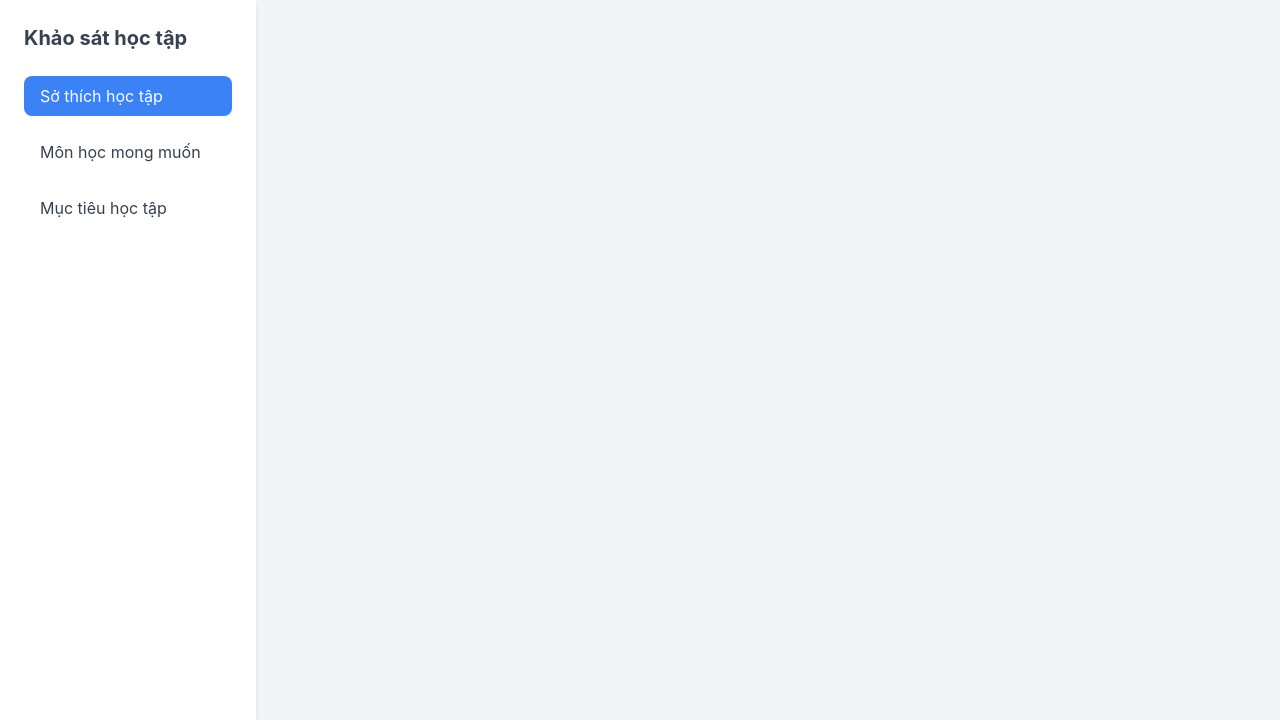
Repository: nguyenbathevien/KLTN
Page: /survay (app in FE/client/)
An editor plug-in stored every save of this project. The page is shown before and after the next save, followed by the edit.
The browser window is 1280 px wide. The pictures show the whole page.
The page's requests for data from a server got no answer. The project was rebuilt for these pictures with package versions that can differ from the ones it lists, and the page was loaded fresh each time. No one was signed in, and anything a server would have sent is missing. Also part of the build but not shown: FE/client/vite.config.js, FE/client/src/components/common/Header/Header.jsx, FE/client/src/components/common/Footer/Footer.jsx, FE/client/src/components/common/Layout/TeacherLayout.jsx, FE/client/src/pages/teacher/DashboardTeacher.jsx, FE/client/src/pages/teacher/CourseManagement.jsx, FE/client/src/pages/teacher/Statistics.jsx, FE/client/src/pages/teacher/Profile.jsx and 23 more.

Above is the page before, as saved 2025-03-14 08:29:37.

### FE/client/src/main.jsx
import { StrictMode } from "react";
import { createRoot } from "react-dom/client";
import "./index.css";
import App from "./App.jsx";
import "./auth.css";
import "./swiper.css";

createRoot(document.getElementById("root")).render(
  <StrictMode>
    <App />
  </StrictMode>
);

### FE/client/src/App.jsx
import { BrowserRouter as Router, Routes, Route } from "react-router-dom";
import TeacherRoutes from "./routes/TeacherRoutes";
import StudentRoutes from "./routes/StudentRoutes";
import PublicRoutes from "./routes/PublicRoutes";
import Verify from "./pages/auth/Verify";
import { ToastContainer } from "react-toastify";
import { AuthProvider } from "./contexts/AuthContext";
import ScrollToTop from "./components/common/Layout/ScrollToTop";
import SurvayRoutes from "./routes/SurvayRoutes";
// import PrivateRoute from "./routes/PrivateRoute";

function App() {
  return (
    <AuthProvider>
      <Router>
        <ScrollToTop />
        <Routes>
          {/* Route public */}
          <Route path="/*" element={<PublicRoutes />} />

          {/* Route dashboard student */}
          <Route path="/student/*" element={<StudentRoutes />} />

          <Route path="/verify" element={<Verify />} />
          <Route path="/survay" element={<SurvayRoutes />} />
          {/* Thêm route cho giảng viên với PrivateRoute */}
          <Route
            path="/instructor/*"
            element={
              // <PrivateRoute> dòng này để bảo vệ dashboard teacer phải đăng nhập thì mới vào được( giờ tạm tắt để css )
              <TeacherRoutes />
              // </PrivateRoute>
            }
          />
        </Routes>
      </Router>
      <ToastContainer />
    </AuthProvider>
  );
}

export default App;

### FE/client/src/contexts/AuthContext.jsx
import React, { createContext, useContext, useState, useEffect } from "react";
import { toast } from "react-toastify";
import { getCurrentUser, login, logout } from "../services/auth.services";

// Tạo AuthContext
const AuthContext = createContext();

// Provider quản lý xác thực
export const AuthProvider = ({ children }) => {
  const [user, setUser] = useState(null);
  const [loading, setLoading] = useState(true);

  // Gọi API login và cập nhật user
  const handleLogin = async (data) => {
    try {
      const userData = await login(data);
      setUser(userData);
    } catch (error) {
      console.error(error);
    }
  };

  // Gọi API logout
  const handleLogout = async () => {
    try {
      await logout();
      setUser(null);
    } catch (error) {
      console.error(error);
    }
  };

  // Lấy thông tin user khi load trang
  useEffect(() => {
    const fetchUser = async () => {
      try {
        const currentUser = await getCurrentUser();
        setUser(currentUser);
      } catch (error) {
        setUser(null);
      } finally {
        setLoading(false);
      }
    };

    fetchUser();
  }, []);

  return (
    <AuthContext.Provider value={{ user, loading, handleLogin, handleLogout }}>
      {children}
    </AuthContext.Provider>
  );
};

// Custom hook để sử dụng AuthContext
export const useAuth = () => {
  return useContext(AuthContext);
};

### FE/client/src/components/common/Layout/ScrollToTop.js
import { useEffect } from "react";
import { useLocation } from "react-router-dom";

const ScrollToTop = () => {
  const { pathname } = useLocation();

  useEffect(() => {
    window.scrollTo(0, 0, { behavior: "smooth" });
  }, [pathname]);

  return null;
};

export default ScrollToTop;

### FE/client/src/routes/SurvayRoutes.jsx
import { Route, Routes } from "react-router-dom";
import DashboardLayout from "../components/common/Layout/SurveyLayout";
import SurveyStep1 from "../pages/survay/SurvayStep1";
import SurveyStep2 from "../pages/survay/SurvayStep2";

const SurvayRoutes = () => {
  return (
    <DashboardLayout>
      <Routes>
        <Route path="/survey/*" element={<DashboardLayout />}>
          <Route path="step1" element={<SurveyStep1 />} />
          <Route path="step2" element={<SurveyStep2 />} />
        </Route>
      </Routes>
    </DashboardLayout>
  );
};
export default SurvayRoutes;

### FE/client/src/services/auth.services.js
import { toast } from "react-toastify";
import http from "../../config/http";

export const login = async (data) => {
  try {
    const response = await http.post("/login", data);
    localStorage.setItem("token", response.data.data);
    toast.success("Login successfully", {
      autoClose: 1000,
      onClose: () => {
        window.location.href = "/";
      },
    });
    return response.data.data;
  } catch (error) {
    toast.error("Login failed", {
      autoClose: 1000,
    });
    throw error.response.data;
  }
};

export const register = async (data) => {
  try {
    await http.post("/user", data);
    toast.success("Register successfully", {
      autoClose: 1000,
      onClose: () => {
        window.location.href = "/login";
      },
    });
  } catch (error) {
    toast.error("Register failed", {
      autoClose: 1000,
    });
    throw error.response.data;
  }
};

export const logout = async () => {
  try {
    localStorage.removeItem("token");
    toast.success("Logout successfully", {
      autoClose: 1000,
      onClose: () => {
        window.location.href = "/";
      },
    });
  } catch (error) {
    toast.error("Logout failed", {
      autoClose: 1000,
    });
    throw error.response.data;
  }
};

export const getCurrentUser = async () => {
  try {
    const token = localStorage.getItem("token");
    if (!token) {
      return null;
    }
    const response = await http.get("/account", {
      headers: {
        Authorization: `Bearer ${token}`,
      },
    });
    return response.data.data;
  } catch (error) {
    throw error.response.data;
  }
};

### FE/client/src/components/common/Layout/SurveyLayout.jsx
import { useState } from "react";
import { Link } from "react-router-dom";
import { motion } from "framer-motion";

const steps = [
  { id: 1, name: "Sở thích học tập", path: "/survey/step1" },
  { id: 2, name: "Môn học mong muốn", path: "/survey/step2" },
  { id: 3, name: "Mục tiêu học tập", path: "/survey/step3" },
];

const DashboardLayout = ({ children }) => {
  const [activeStep, setActiveStep] = useState(1);

  return (
    <div className="flex h-screen bg-gray-100">
      <aside className="w-64 bg-white p-6 shadow-md">
        <h2 className="text-xl font-bold text-gray-700 mb-6">
          Khảo sát học tập
        </h2>
        <nav className="space-y-4">
          {steps.map((step) => (
            <Link
              key={step.id}
              to={step.path}
              onClick={() => setActiveStep(step.id)}
              className={`block px-4 py-2 rounded-lg transition duration-200 text-gray-700 ${
                activeStep === step.id
                  ? "bg-blue-500 text-white"
                  : "hover:bg-gray-200"
              }`}
            >
              {step.name}
            </Link>
          ))}
        </nav>
      </aside>

      <motion.main
        initial={{ opacity: 0 }}
        animate={{ opacity: 1 }}
        transition={{ duration: 0.5 }}
        className="flex-1 p-8 overflow-auto"
      >
        {children}
      </motion.main>
    </div>
  );
};

export default DashboardLayout;

### FE/client/config/http.js
import axios from "axios";

const http = axios.create({
  baseURL: import.meta.env.VITE_API_URL,
  withCredentials: true,
  headers: {
    "Content-Type": "application/json",
  },
});

// Add a request interceptor
http.interceptors.request.use(
  function (config) {
    // Do something before request is sent
    // For example, you can add authorization tokens here
    const token = localStorage.getItem("token");
    if (token) {
      config.headers.Authorization = `Bearer ${token}`;
    }
    return config;
  },
  function (error) {
    // Do something with request error
    return Promise.reject(error);
  }
);

// Add a response interceptor
http.interceptors.response.use(
  function (response) {
    // Any status code that lie within the range of 2xx cause this function to trigger
    // Do something with response data
    return response;
  },
  function (error) {
    // Any status codes that falls outside the range of 2xx cause this function to trigger
    // Do something with response error
    if (error.response && error.response.status === 401) {
      // Handle unauthorized errors, e.g., redirect to login
      localStorage.removeItem("token");
    }
    return Promise.reject(error);
  }
);

export default http;

### FE/client/tailwind.config.js
/** @type {import('tailwindcss').Config} */
export default {
  content: ["./index.html", "./src/**/*.{js,ts,jsx,tsx}"],
  theme: {
    extend: {
      colors: {
        primary: {
          DEFAULT: "#E11D48",
          foreground: "#FFFFFF",
        },
        secondary: {
          DEFAULT: "#F0F1F3",
          foreground: "#020817",
        },
        accent: {
          DEFAULT: "#6D7074",
          foreground: "#020817",
        },
        background: "#FAFAFB",
        foreground: "#020817",
        card: {
          DEFAULT: "#FFFFFF",
          foreground: "#020817",
        },
        popover: {
          DEFAULT: "#FFFFFF",
          foreground: "#020817",
        },
        muted: {
          DEFAULT: "#F0F1F3",
          foreground: "#6D7074",
        },
        destructive: {
          DEFAULT: "#FF4C4C",
          foreground: "#FFFFFF",
        },
        border: "#E0E0E0",
        input: "#E0E0E0",
        ring: "#E11D48",
        chart: {
          1: "#FF6F61",
          2: "#4CAF50",
          3: "#03A9F4",
          4: "#FFC107",
          5: "#8E44AD",
        },
        // Thêm màu cho form đăng ký
        form: {
          input: {
            DEFAULT: "#FFFFFF",
            border: "#E0E0E0",
            focus: "#E11D48",
            error: "#FF4C4C",
          },
          button: {
            social: {
              facebook: "#1877F2",
              google: "#DB4437",
              apple: "#000000",
            },
          },
        },
      },
      fontFamily: {
        sans: ["Inter", "sans-serif"],
      },
      fontSize: {
        heading: "28px",
        body: "16px",
        // Thêm kích thước font cho form
        form: {
          title: "2.25rem", // 36px
          subtitle: "1.125rem", // 18px
          input: "0.875rem", // 14px
          error: "0.75rem", // 12px
        },
      },
      fontWeight: {
        heading: "600",
        body: "400",
      },
      borderRadius: {
        sm: "0.125rem",
        // Thêm border radius cho form
        form: "0.5rem", // 8px
      },
      boxShadow: {
        sm: "0 1px 2px 0 rgb(0 0 0 / 0.05)",
        // Thêm shadow cho form
        form: "0 4px 6px -1px rgb(0 0 0 / 0.1), 0 2px 4px -2px rgb(0 0 0 / 0.1)",
        input: "0 1px 2px 0 rgb(0 0 0 / 0.05)",
      },
      spacing: {
        // Thêm spacing cho form
        form: {
          input: "0.75rem", // 12px
          gap: "1.5rem", // 24px
          padding: "2rem", // 32px
        },
      },
      animation: {
        // Thêm animation cho form
        "slide-up": "slideUp 0.3s ease-out",
        "fade-in": "fadeIn 0.3s ease-out",
      },
      keyframes: {
        slideUp: {
          "0%": { transform: "translateY(10px)", opacity: 0 },
          "100%": { transform: "translateY(0)", opacity: 1 },
        },
        fadeIn: {
          "0%": { opacity: 0 },
          "100%": { opacity: 1 },
        },
      },
    },
  },
  plugins: [],
  darkMode: "class",
};

Loaded but not shown: FE/client/index.html (common file); FE/client/src/index.css (common file)

After the next save:
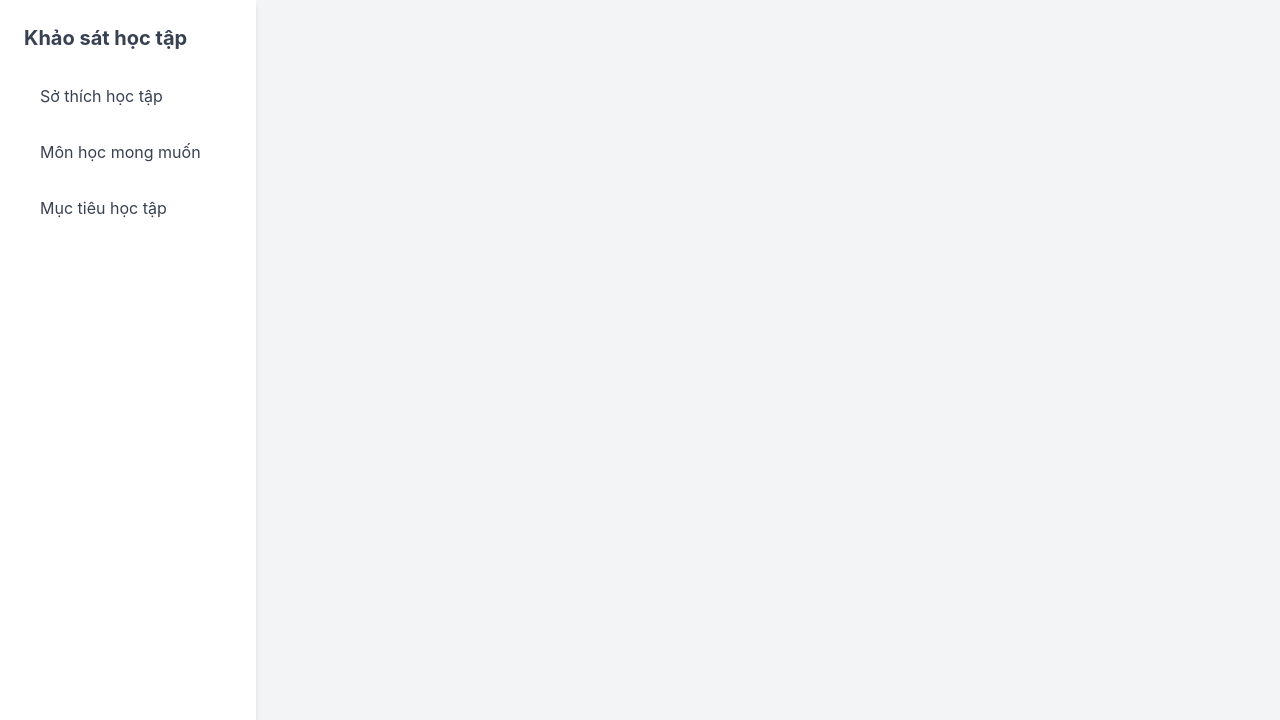
Saved 98 s later.
--- a/FE/client/src/components/common/Layout/SurveyLayout.jsx
+++ b/FE/client/src/components/common/Layout/SurveyLayout.jsx
@@ -1,5 +1,4 @@
-import { useState } from "react";
-import { Link } from "react-router-dom";
+import { Link, useLocation } from "react-router-dom";
 import { motion } from "framer-motion";
 
 const steps = [
@@ -9,7 +8,7 @@ const steps = [
 ];
 
 const DashboardLayout = ({ children }) => {
-  const [activeStep, setActiveStep] = useState(1);
+  const location = useLocation(); // Lấy URL hiện tại
 
   return (
     <div className="flex h-screen bg-gray-100">
@@ -22,11 +21,10 @@ const DashboardLayout = ({ children }) => {
             <Link
               key={step.id}
               to={step.path}
-              onClick={() => setActiveStep(step.id)}
-              className={`block px-4 py-2 rounded-lg transition duration-200 text-gray-700 ${
-                activeStep === step.id
+              className={`block px-4 py-2 rounded-lg transition duration-200 ${
+                location.pathname === step.path
                   ? "bg-blue-500 text-white"
-                  : "hover:bg-gray-200"
+                  : "text-gray-700 hover:bg-gray-200"
               }`}
             >
               {step.name}
